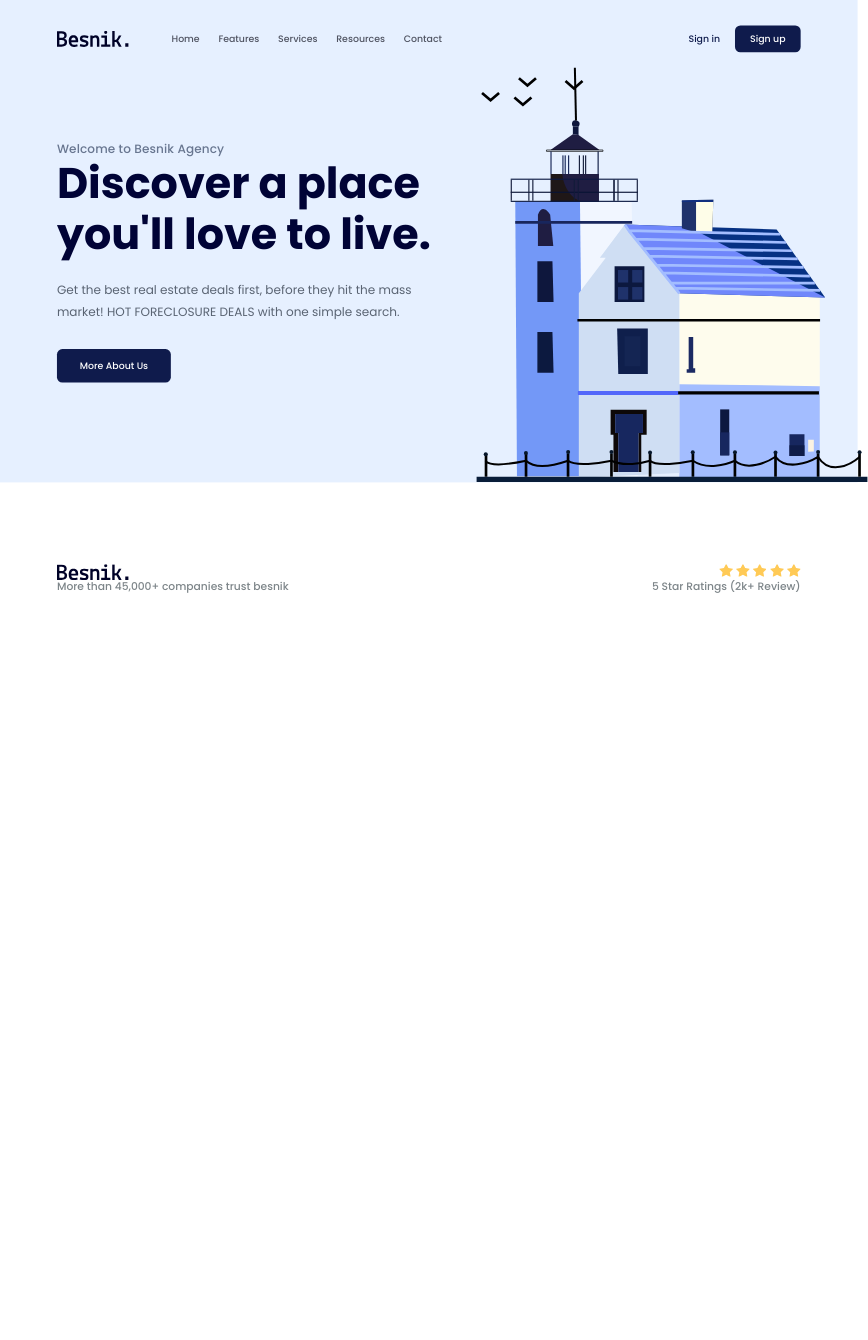
Repository: vancong171001/f8-html-css-01
Page: index.html
An editor plug-in stored every save of this project. The page is shown before and after the next save, followed by the edit.
The browser window is 1280 px wide. The page is 1295 px wide, so the pictures cover 1295 px, including what lies to the right of the window. The pictures show the whole page, at 67% of full size.

Above is the page before, as saved 2025-02-20 10:45:41.

### index.html
<!DOCTYPE html>
<html lang="en">
  <head>
    <meta charset="UTF-8" />
    <meta name="viewport" content="width=device-width, initial-scale=1.0" />
    <title>Project 01</title>
    <link rel="stylesheet" href="./assets/css/reset.css" />

    <!-- <link rel="preconnect" href="https://fonts.googleapis.com">
  <link rel="preconnect" href="https://fonts.gstatic.com" crossorigin>
  <link
    href="https://fonts.googleapis.com/css2?family=Poppins:wght@400;500;600;700&family=Roboto:ital,wght@0,100;0,300;0,400;0,500;0,700;0,900;1,100;1,300;1,400;1,500;1,700;1,900&display=swap"
    rel="stylesheet"> -->

    <link rel="stylesheet" href="./assets/fonts/stylesheet.css" />
    <link rel="stylesheet" href="./assets/css/styles.css" />
  </head>

  <body>
    <main style="height: 2000px">
      <!-- Header -->
      <header class="header">
        <div class="content">
          <nav class="navbar">
            <!-- Logo -->
            <img src="./assets/img/logo.svg" alt="Besnik." />

            <!-- Navigation -->
            <ul>
              <li><a href="#!">Home</a></li>
              <li><a href="#!">Features</a></li>
              <li><a href="#!">Services</a></li>
              <li><a href="#!">Resources</a></li>
              <li><a href="#!">Contact</a></li>
            </ul>

            <!-- Action -->
            <div class="action">
              <a href="#!" class="action-link">Sign in</a>
              <a href="#!" class="btn action-btn">Sign up</a>
            </div>
          </nav>

          <div class="hero">
            <div class="info">
              <p class="sub-title">Welcome to Besnik Agency</p>
              <h1 class="title">Discover a place you'll love to live.</h1>
              <p class="desc">
                Get the best real estate deals first, before they hit the mass
                market! HOT FORECLOSURE DEALS with one simple search.
              </p>
              <a href="#!" class="btn hero-cta">More About Us</a>
            </div>

            <img
              src="./assets/img/hero-img.svg"
              alt="Discover a place you'll love to live."
              class="hero-img"
            />
          </div>
        </div>
      </header>

      <!-- Clients -->
      <div class="clients">
        <div class="content">
          <div class="row">
            <!-- Logo -->
            <img src="./assets/img/logo.svg" alt="Besnik." />

            <!-- Stars -->
            <div class="stars">
              <img src="./assets/img/star.svg" alt="Star" />
              <img src="./assets/img/star.svg" alt="Star" />
              <img src="./assets/img/star.svg" alt="Star" />
              <img src="./assets/img/star.svg" alt="Star" />
              <img src="./assets/img/star.svg" alt="Star" />
            </div>
          </div>
          <div class="row">
            <p class="desc">More than 45,000+ companies trust besnik</p>
            <p class="desc">5 Star Ratings (2k+ Review)</p>
          </div>
        </div>
      </div>
    </main>
  </body>
</html>

### assets/fonts/stylesheet.css
/* =============== Poppins ================ */
@font-face {
  font-family: 'Poppins';
  src: url('Poppins/Poppins-BoldItalic.woff2') format('woff2'),
      url('Poppins/Poppins-BoldItalic.woff') format('woff');
  font-weight: bold;
  font-style: italic;
  font-display: swap;
}

@font-face {
  font-family: 'Poppins';
  src: url('Poppins/Poppins-ExtraBold.woff2') format('woff2'),
      url('Poppins/Poppins-ExtraBold.woff') format('woff');
  font-weight: bold;
  font-style: normal;
  font-display: swap;
}

@font-face {
  font-family: 'Poppins';
  src: url('Poppins/Poppins-ExtraBoldItalic.woff2') format('woff2'),
      url('Poppins/Poppins-ExtraBoldItalic.woff') format('woff');
  font-weight: bold;
  font-style: italic;
  font-display: swap;
}

@font-face {
  font-family: 'Poppins';
  src: url('Poppins/Poppins-Bold.woff2') format('woff2'),
      url('Poppins/Poppins-Bold.woff') format('woff');
  font-weight: bold;
  font-style: normal;
  font-display: swap;
}

@font-face {
  font-family: 'Poppins';
  src: url('Poppins/Poppins-Black.woff2') format('woff2'),
      url('Poppins/Poppins-Black.woff') format('woff');
  font-weight: 900;
  font-style: normal;
  font-display: swap;
}

@font-face {
  font-family: 'Poppins';
  src: url('Poppins/Poppins-BlackItalic.woff2') format('woff2'),
      url('Poppins/Poppins-BlackItalic.woff') format('woff');
  font-weight: 900;
  font-style: italic;
  font-display: swap;
}

@font-face {
  font-family: 'Poppins';
  src: url('Poppins/Poppins-ExtraLightItalic.woff2') format('woff2'),
      url('Poppins/Poppins-ExtraLightItalic.woff') format('woff');
  font-weight: 200;
  font-style: italic;
  font-display: swap;
}

@font-face {
  font-family: 'Poppins';
  src: url('Poppins/Poppins-Light.woff2') format('woff2'),
      url('Poppins/Poppins-Light.woff') format('woff');
  font-weight: 300;
  font-style: normal;
  font-display: swap;
}

@font-face {
  font-family: 'Poppins';
  src: url('Poppins/Poppins-Italic.woff2') format('woff2'),
      url('Poppins/Poppins-Italic.woff') format('woff');
  font-weight: normal;
  font-style: italic;
  font-display: swap;
}

@font-face {
  font-family: 'Poppins';
  src: url('Poppins/Poppins-LightItalic.woff2') format('woff2'),
      url('Poppins/Poppins-LightItalic.woff') format('woff');
  font-weight: 300;
  font-style: italic;
  font-display: swap;
}

@font-face {
  font-family: 'Poppins';
  src: url('Poppins/Poppins-Medium.woff2') format('woff2'),
      url('Poppins/Poppins-Medium.woff') format('woff');
  font-weight: 500;
  font-style: normal;
  font-display: swap;
}

@font-face {
  font-family: 'Poppins';
  src: url('Poppins/Poppins-ExtraLight.woff2') format('woff2'),
      url('Poppins/Poppins-ExtraLight.woff') format('woff');
  font-weight: 200;
  font-style: normal;
  font-display: swap;
}

@font-face {
  font-family: 'Poppins';
  src: url('Poppins/Poppins-MediumItalic.woff2') format('woff2'),
      url('Poppins/Poppins-MediumItalic.woff') format('woff');
  font-weight: 500;
  font-style: italic;
  font-display: swap;
}

@font-face {
  font-family: 'Poppins';
  src: url('Poppins/Poppins-SemiBold.woff2') format('woff2'),
      url('Poppins/Poppins-SemiBold.woff') format('woff');
  font-weight: 600;
  font-style: normal;
  font-display: swap;
}

@font-face {
  font-family: 'Poppins';
  src: url('Poppins/Poppins-ThinItalic.woff2') format('woff2'),
      url('Poppins/Poppins-ThinItalic.woff') format('woff');
  font-weight: 100;
  font-style: italic;
  font-display: swap;
}

@font-face {
  font-family: 'Poppins';
  src: url('Poppins/Poppins-SemiBoldItalic.woff2') format('woff2'),
      url('Poppins/Poppins-SemiBoldItalic.woff') format('woff');
  font-weight: 600;
  font-style: italic;
  font-display: swap;
}

@font-face {
  font-family: 'Poppins';
  src: url('Poppins/Poppins-Thin.woff2') format('woff2'),
      url('Poppins/Poppins-Thin.woff') format('woff');
  font-weight: 100;
  font-style: normal;
  font-display: swap;
}

@font-face {
  font-family: 'Poppins';
  src: url('Poppins/Poppins-Regular.woff2') format('woff2'),
      url('Poppins/Poppins-Regular.woff') format('woff');
  font-weight: normal;
  font-style: normal;
  font-display: swap;
}

### assets/css/styles.css
* {
  box-sizing: border-box;
}

:root {
  --primary-color: #0f1b4c;
}

html {
  font-size: 62.5%;
}

body {
  font-size: 1.6rem;
  font-family: "Poppins", "sans-serif";
}

/* Common */
a {
  text-decoration: none;
}

.content {
  width: 1110px;
  max-width: calc(100% - 48px);
  margin-left: auto;
  margin-right: auto;
}

.btn {
  display: inline-block;
  padding: 18px 16px;
  min-width: 98px;
  border-radius: 8px;
  background-color: var(--primary-color);
  font-weight: 500;
  font-size: 1.4rem;
  text-align: center;
  color: white;
}

.btn:hover {
  opacity: 0.9;
}

/* Header */
.header {
  background-color: #e6f0ff;
  height: 100vh;
  position: relative;
}

.navbar {
  display: flex;
  align-items: center;
  padding-top: 38px;
}

.navbar ul {
  display: flex;
  margin-left: 50px;
}

.navbar .action {
  margin-left: auto;
}

.navbar ul a {
  font-weight: 500;
  font-size: 1.4rem;
  color: #4f5361;
  padding: 8px 14px;
}

.navbar ul a:hover {
  text-decoration: underline;
}

.navbar .action-link {
  font-weight: 500;
  font-size: 1.4rem;
  color: var(--primary-color);
}

.navbar .action-btn {
  padding: 13px 16px;
  margin-left: 18px;
}

.hero {
  margin-top: 130px;
}

.hero .info {
  width: 51%;
}

.hero .sub-title {
  color: #687690;
  font-size: 1.8rem;
  font-weight: 500;
  line-height: 1.5;
  letter-spacing: 0.01em;
}

.hero .title {
  color: #000336;
  font-size: 6.4rem;
  font-weight: 700;
  line-height: 1.1875; /* 118.75% */
}

.hero .desc {
  color: #5a6473;
  font-size: 1.8rem;
  font-weight: 400;
  line-height: 1.78; /* 177.778% */
  margin-top: 30px;
}

.hero-cta {
  min-width: 170px;
  margin-top: 40px;
}

.hero-img {
  position: absolute;
  right: calc((100vw - 1110px) / 2 - 100px);
  bottom: 0;
}

/* ======== Client ======== */
.clients {
  margin-top: 122px;
}

.clients .row {
  display: flex;
  justify-content: space-between;
}

.clients .desc {
  color: #7d8589;
  font-size: 16px;
  font-weight: 500;
  line-height: 1.25; /* 125% */
}

Loaded but not shown: assets/css/reset.css (common file)

After the next save:
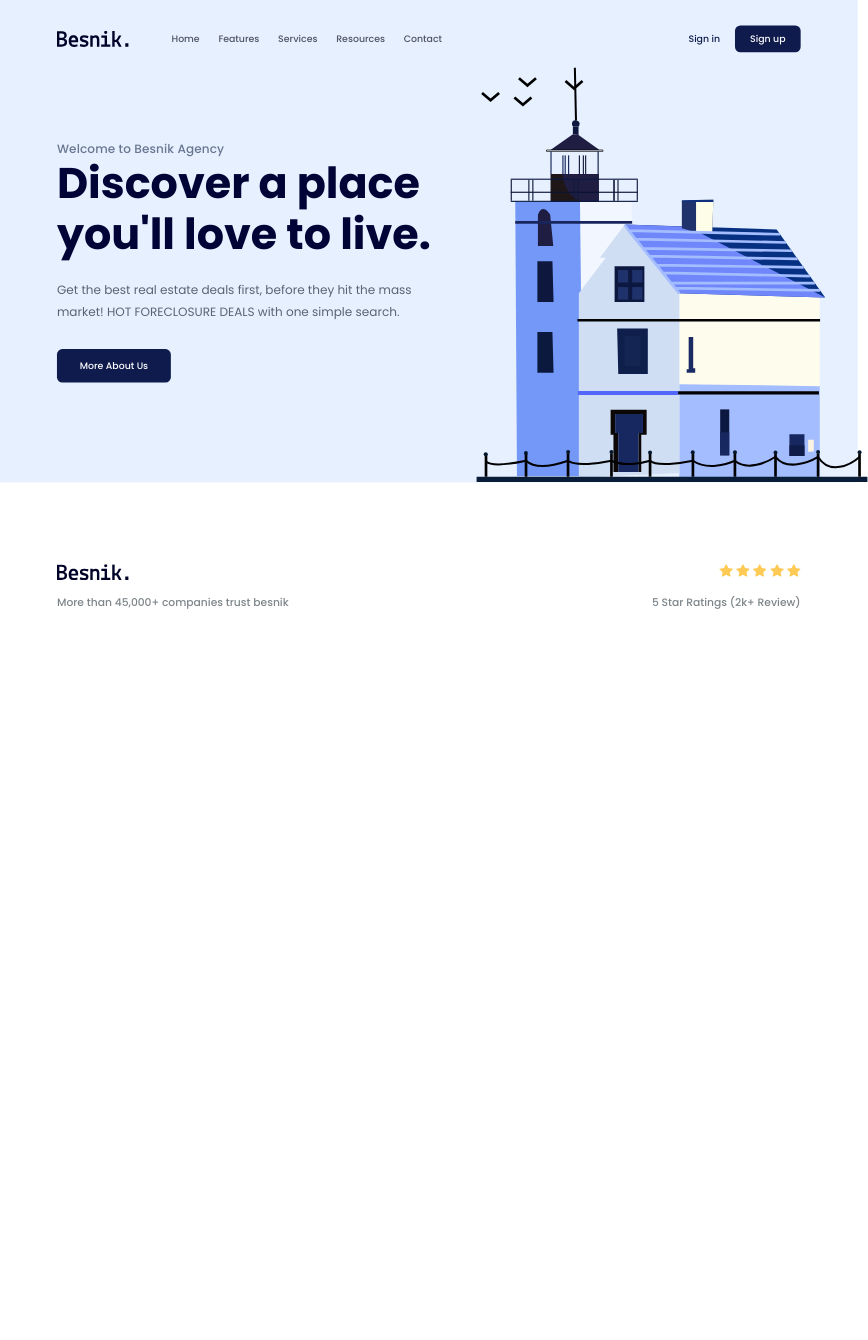
Saved 6 s later.
--- a/assets/css/styles.css
+++ b/assets/css/styles.css
@@ -144,4 +144,5 @@
   font-size: 16px;
   font-weight: 500;
   line-height: 1.25; /* 125% */
+  margin-top: 23px;
 }

After the save that followed:
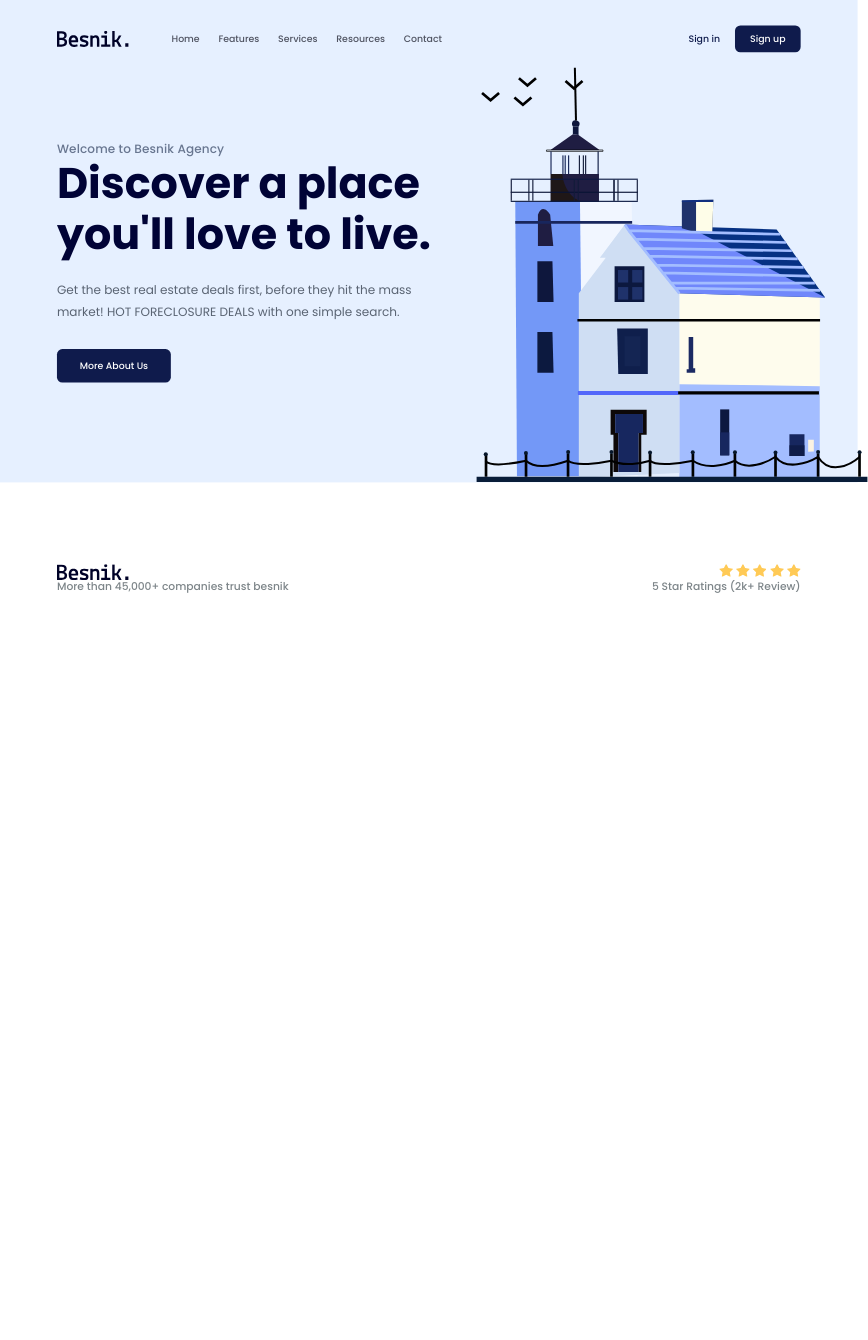
Saved 5 s later.
--- a/assets/css/styles.css
+++ b/assets/css/styles.css
@@ -144,5 +144,4 @@
   font-size: 16px;
   font-weight: 500;
   line-height: 1.25; /* 125% */
-  margin-top: 23px;
 }
